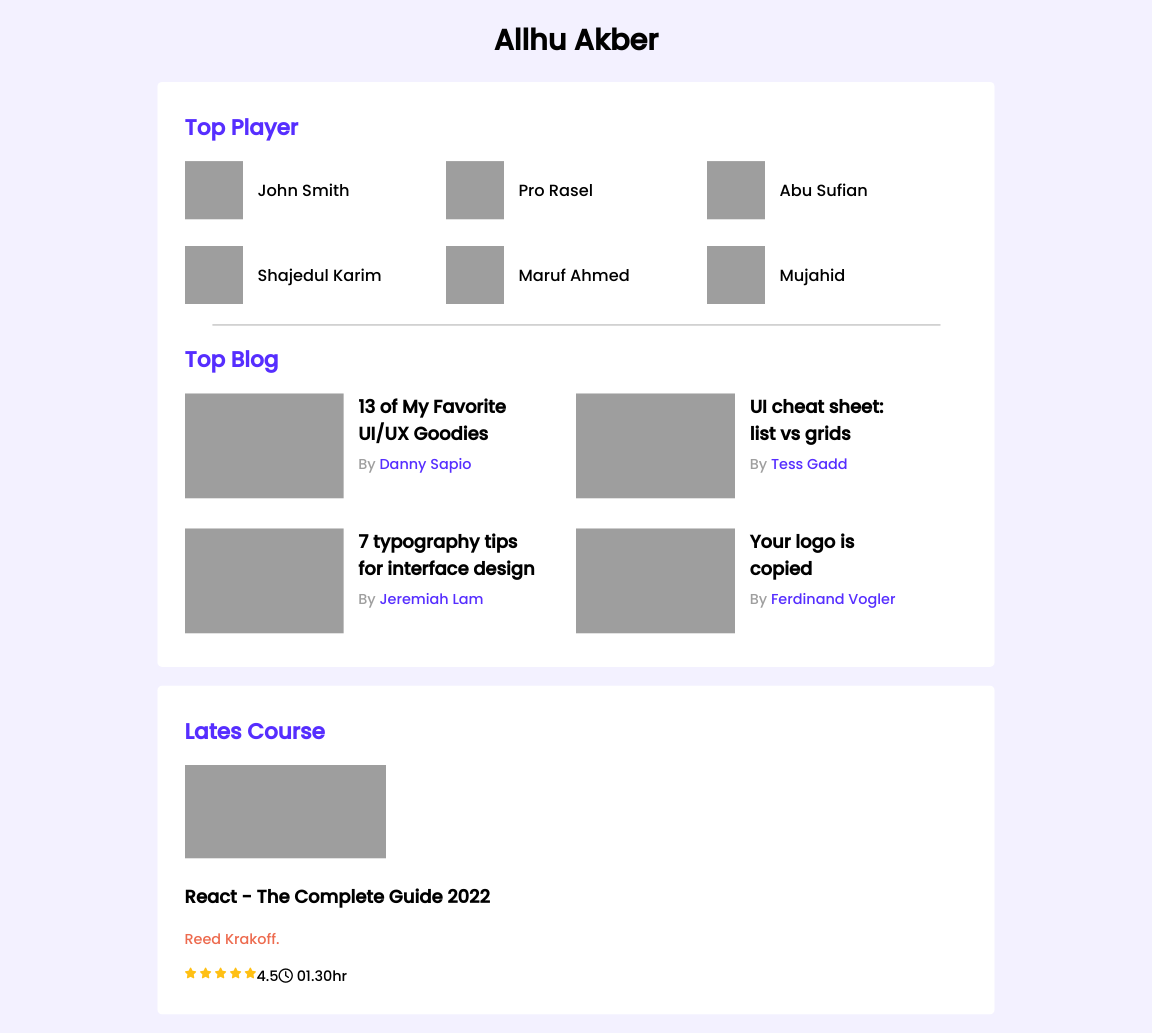
Repository: zjria/leader-board
Page: index.html
An editor plug-in stored every save of this project. The page is shown before and after the next save, followed by the edit.
The browser window is 1280 px wide. The pictures show the whole page, at 90% of full size.
Pictures or frames that could not be fetched are drawn as grey boxes.

Above is the page before, as saved 2022-09-04 10:18:17.

After the next save:
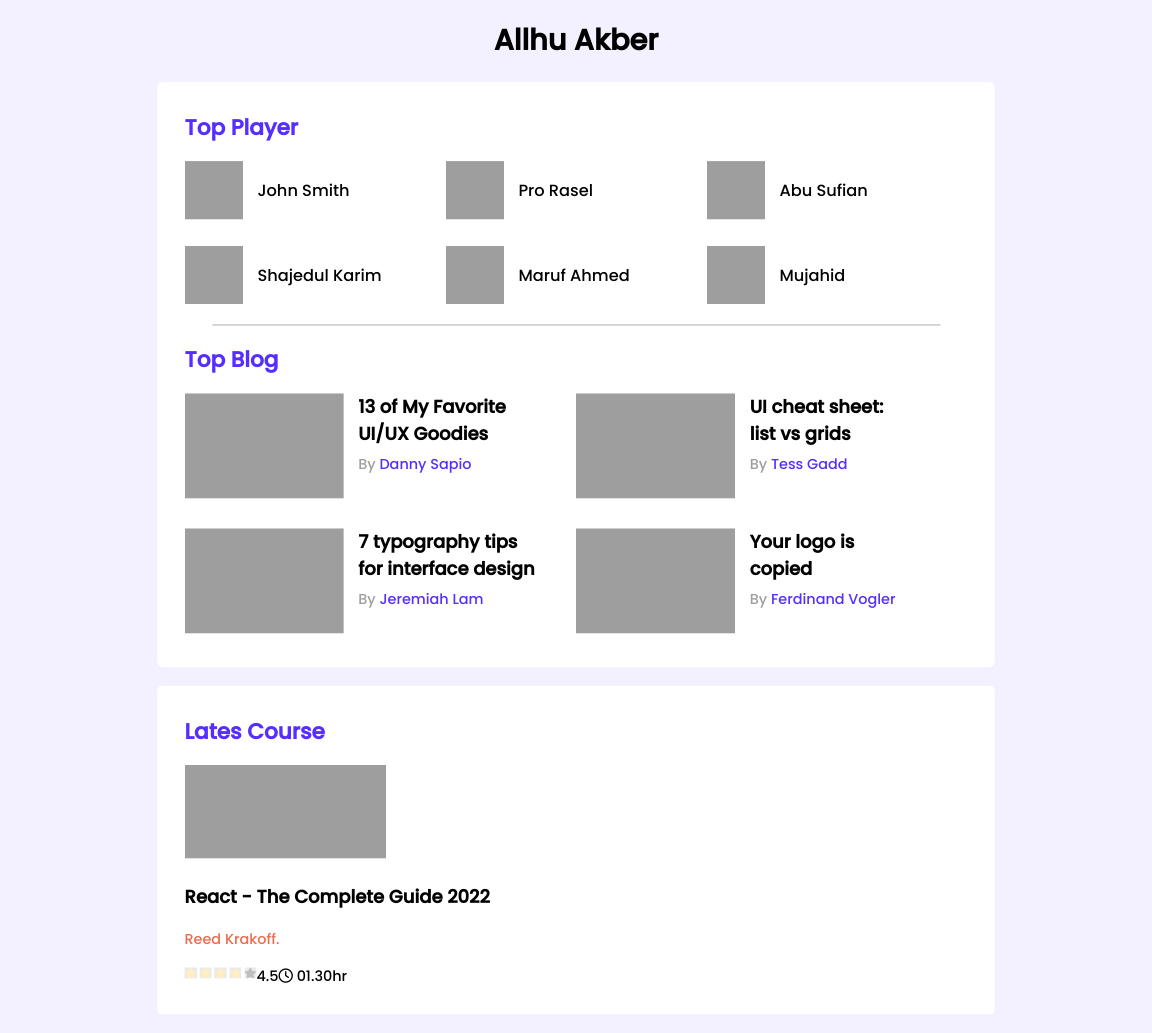
Saved 62 s later.
--- a/style/style.css
+++ b/style/style.css
@@ -138,5 +138,6 @@
 }
 
 .course-info .star-icon .fa-star {
-    color: #FFC014;
+    background: #AEAEAE;
+    opacity: 0.25;
 }
